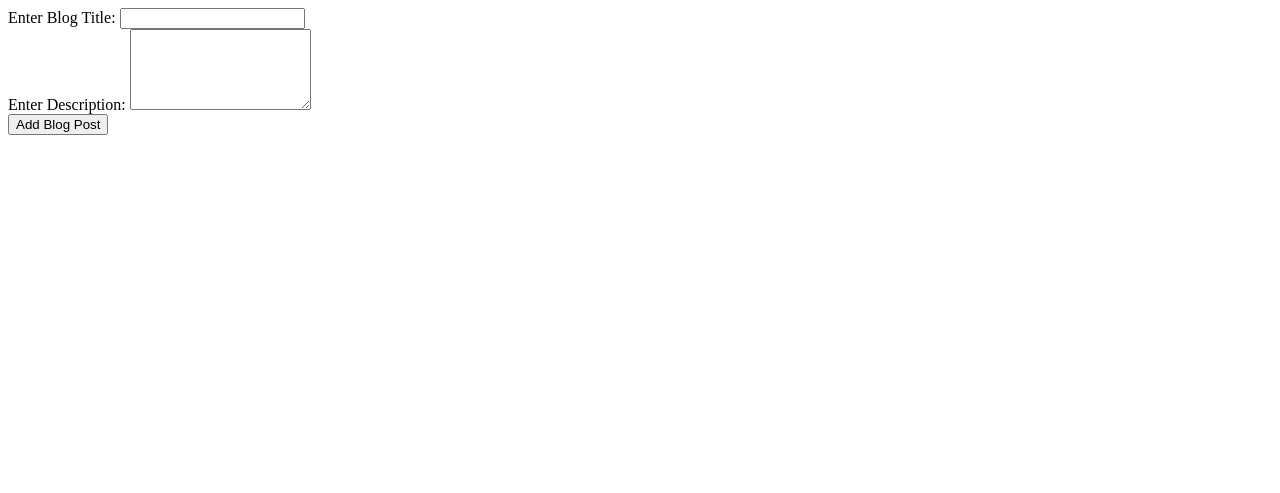
Repository: Safna93/Collaboration-Portal
Page: Till Blog/Collaboration/WeChatFrontend/WebContent/views/blogpostform.html
An editor plug-in stored every save of this project. The page is shown before and after the next save, followed by the edit.
The browser window is 1280 px wide. The pictures show the whole page.

Above is the page before, as saved 2017-08-24 08:37:02.

After the next save:
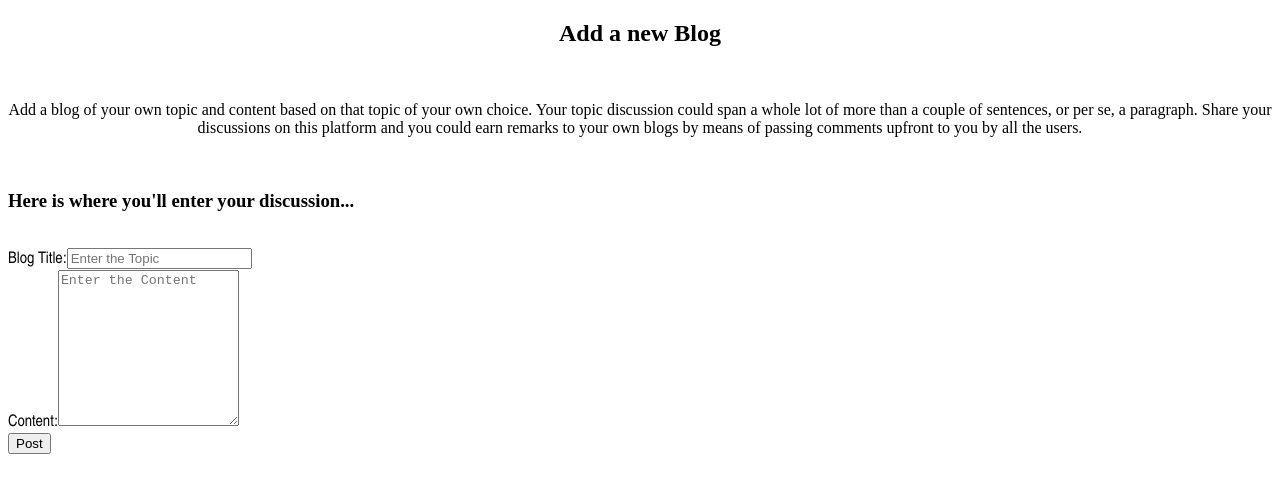
Saved 7 min 27 s later.
--- a/Till Blog/Collaboration/WeChatFrontend/WebContent/views/blogpostform.html
+++ b/Till Blog/Collaboration/WeChatFrontend/WebContent/views/blogpostform.html
@@ -1,12 +1,37 @@
-<div class="container">
-<form>
-<div class="form-group">
-Enter Blog Title: <input type="text" ng-model="blogPost.blogTitle" class="form-control">
+<!DOCTYPE html>
+<html>
+
+<head>
+<meta charset="ISO-8859-1">
+<title>Post a blog</title>
+</head>
+
+<body>
+<div class="w3-animate-opacity">
+<center>
+<h2><strong>Add a new Blog</strong></h2><br>
+<p>Add a blog of your own topic and content based on that topic of your own choice. Your topic discussion could span a whole lot of more than a couple of sentences, or per se, a paragraph. Share your discussions on this platform and you could earn remarks to your own blogs by means of passing comments upfront to you by all the users.</p>
+</center>
+
+<br>
+<h3>Here is where you'll enter your discussion...</h3>
+<br>
+
+<form class="form-horizontal">
+<font face="arial narrow" size="3">
+
+
+Blog Title:<input type="text" placeholder="Enter the Topic" class="form-control" ng-model="blogPost.blogTitle"><br>
+
+Content:<textarea rows="10"  placeholder="Enter the Content" class="form-control" ng-model="blogPost.description"></textarea>
+
+<br>
+<button type="submit" class="btn btn-primary btn-block col-md-3" ng-click="addBlogPost()">Post</button>
+
+
+</form>
+<br><br><br><br><br>
 </div>
-<div class="form-group">
-Enter Description: <textarea rows="5" cols="20" ng-model="blogPost.description" class="form-control">
-</textarea>
-</div>
-<input type="submit" ng-click="addBlogPost()" value="Add Blog Post">
-</form>
-</div>
+</body>
+
+</html>
